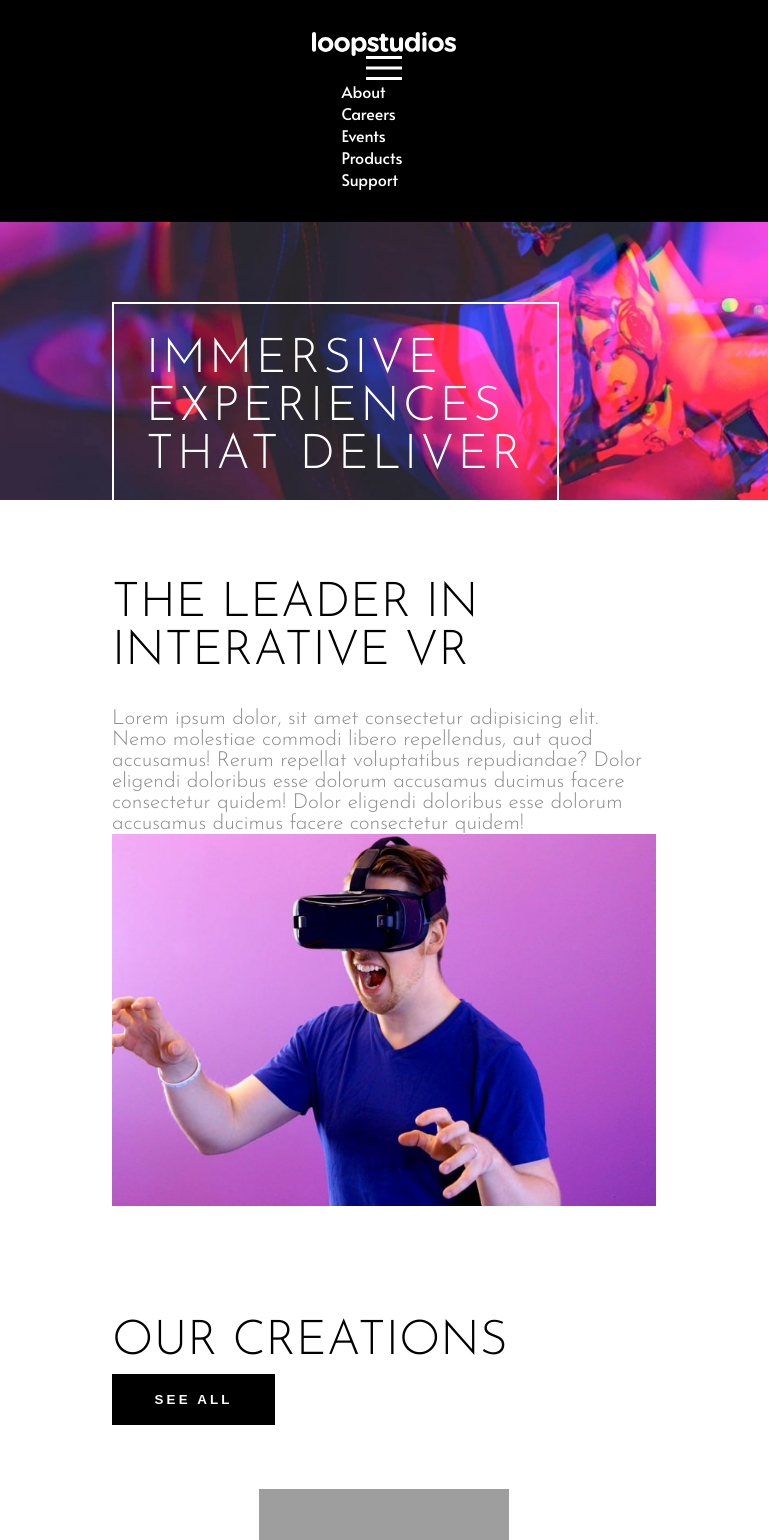
Repository: gligor99/loopstudios-fm
Page: /
These files come from the project's save history. The page is drawn as it stood at one moment and after the next save; the edit follows.
The browser window is 768 px wide. The pictures show the part of the page from y = 0 to 1540 px (the page is 6252 px tall).
Pictures or frames that could not be fetched are drawn as grey boxes. Backgrounds fixed to the window are drawn as part of the page. The project was rebuilt for these pictures with package versions that can differ from the ones it lists, and the page was loaded fresh each time.

Above is the page before, as saved 2021-11-29 00:38:21.

After the next save:
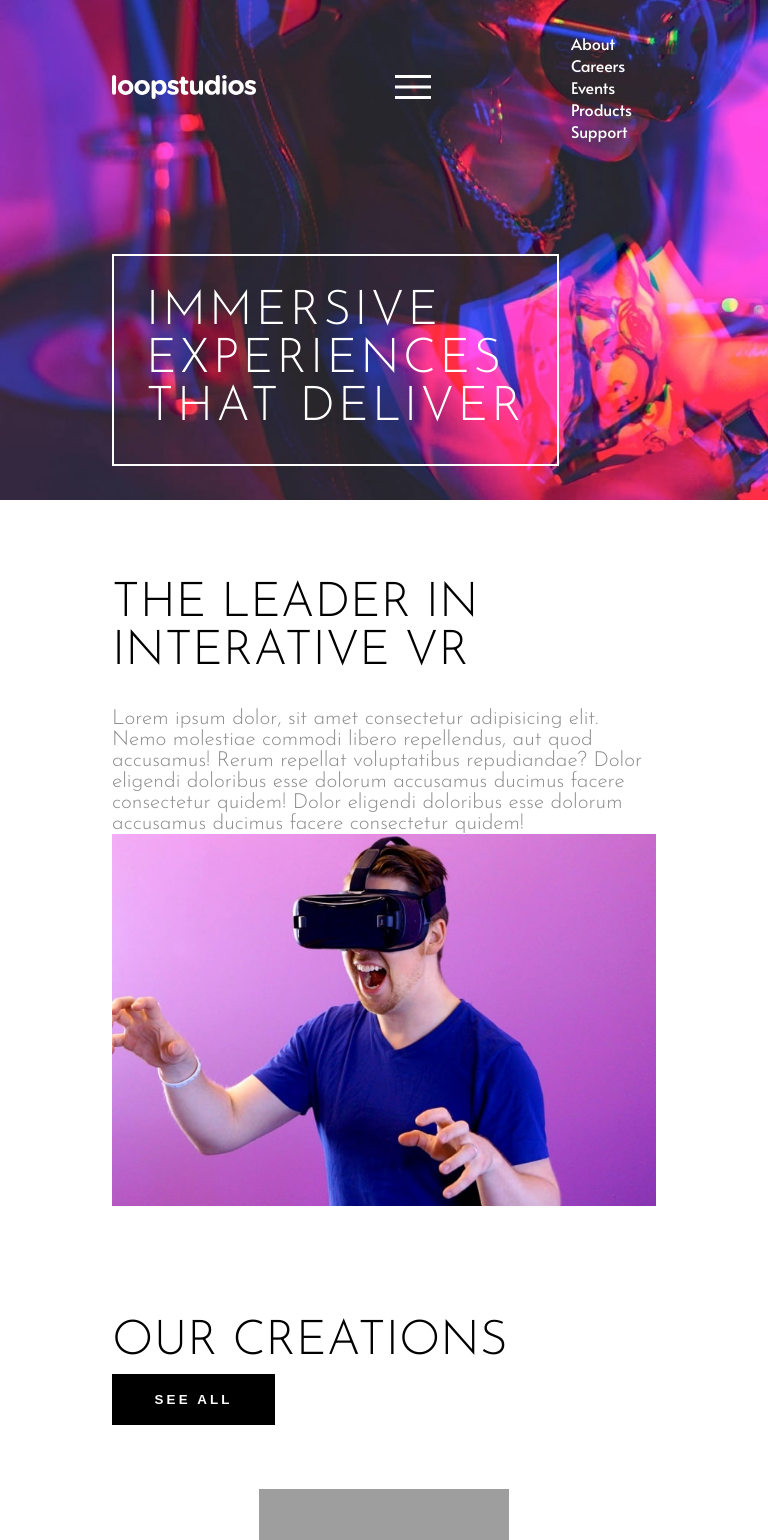
Saved 65 s later.
--- a/src/components/Navbar/navbar.css
+++ b/src/components/Navbar/navbar.css
@@ -45,12 +45,7 @@ a:hover:after {
 
 
 @media screen and (max-width: 850px) {
-  .wrapper{
-    background-color: black;
-    display: flex;
-    flex-direction: column;
-    justify-content: center;
-  }
+
   .nav-items {
     display: flex;
     flex-direction: column;
